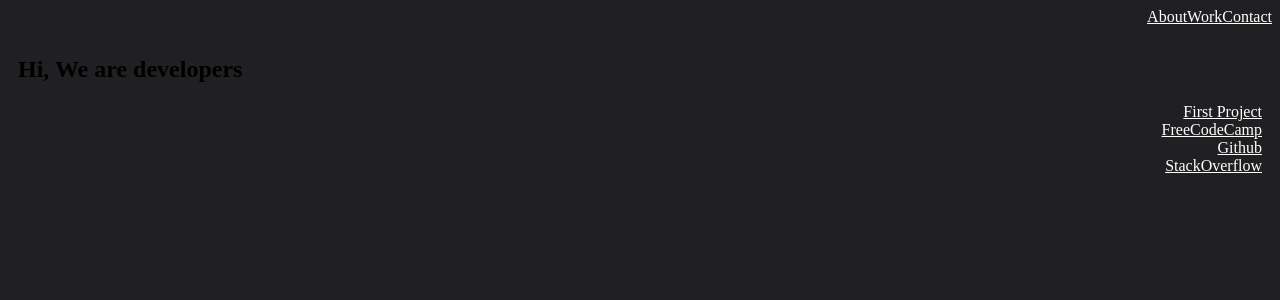
Repository: justicebhekani88/microverse_portfolio_project
Page: index.html
An editor plug-in stored every save of this project. The page is shown before and after the next save, followed by the edit.
The browser window is 1280 px wide. The pictures show the whole page.

Above is the page before, as saved 2022-07-21 14:41:25.

After the next save:
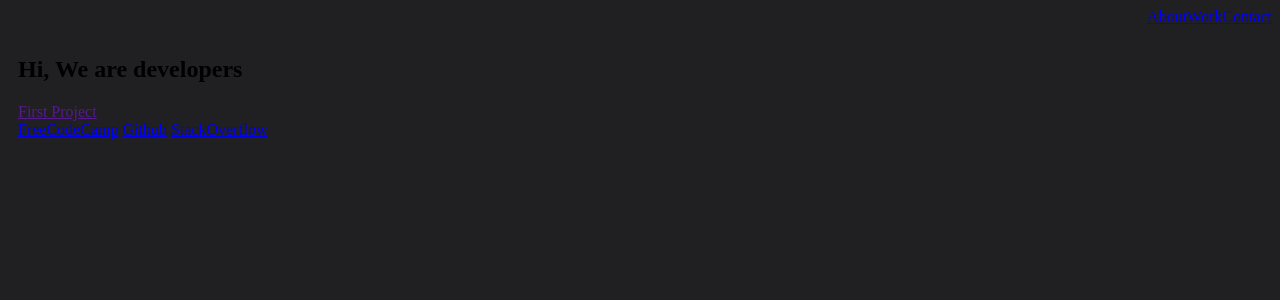
Saved 19 s later.
--- a/style.css
+++ b/style.css
@@ -2,7 +2,7 @@ body {
     background-color: #202022;
 }
 
-nav, a {
+nav {
     color: white;
     display: flex;
     justify-content: flex-end;
